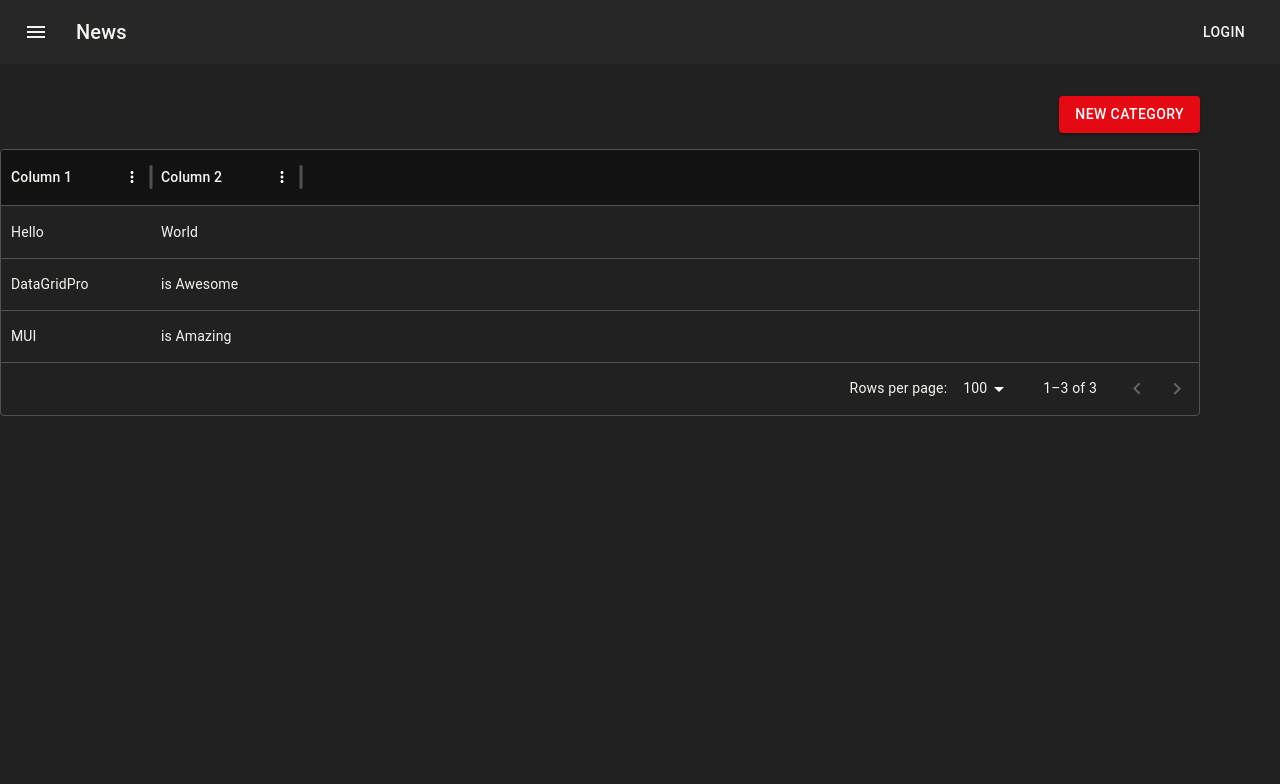
Repository: brunogyn88/codeflix-frontend
Page: /
The author's editor kept a copy of each file at every save. The page is drawn from the files as they stood at one save, then again after the next save.
The browser window is 1280 px wide. The pictures show the whole page.
The project was rebuilt for these pictures with package versions that can differ from the ones it lists, and the page was loaded fresh each time. The framework's server and built-in components were replaced by stand-ins that run in the browser. Also part of the build but not shown: next.config.mjs.

Above is the page before, as saved 2023-08-30 22:13:44.

### app/layout.tsx
"use client";
/* Components */
import { Providers } from "@/lib/providers";

/* Instruments */
import "./styles/globals.css";
import Header from "./components/Header";
import { Box, ThemeProvider } from "@mui/material";
import { appTheme } from "./config/theme";

export default function RootLayout(props: React.PropsWithChildren) {
  return (
    <ThemeProvider theme={appTheme}>
      <Providers>
        <html lang="en">
          <body>
            <Header />
            <Box
              component="main"
              sx={{
                height: "100vh",
                backgroundColor: (theme) => theme.palette.grey[900],
              }}
            >
              {props.children}
            </Box>
          </body>
        </html>
      </Providers>
    </ThemeProvider>
  );
}

### app/page.tsx
/* Components */
import CategoryList from "./categories/page";

export default function IndexPage() {
  return <CategoryList />;
}

### app/components/Header.tsx
import {
  AppBar,
  Box,
  Button,
  IconButton,
  Toolbar,
  Typography,
} from "@mui/material";
import MenuIcon from "@mui/icons-material/Menu";
import React from "react";

export default function Header() {
  return (
    <Box sx={{ flexGrow: 1 }}>
      <AppBar position="static">
        <Toolbar>
          <IconButton
            size="large"
            edge="start"
            color="inherit"
            aria-label="menu"
            sx={{ mr: 2 }}
          >
            <MenuIcon />
          </IconButton>
          <Typography variant="h6" component="div" sx={{ flexGrow: 1 }}>
            News
          </Typography>
          <Button color="inherit">Login</Button>
        </Toolbar>
      </AppBar>
    </Box>
  );
}

### app/config/theme.ts
import { createTheme } from "@mui/material/styles";

export const appTheme = createTheme({
  palette: {
    mode: "dark",
    primary: { main: "#f5f5f1" },
    secondary: { main: "#E50914" },
    text: { primary: "#f5f5f1" },
  },
});

### app/categories/page.tsx
"use client";
/* Components */
import { selectCategories, useSelector } from "@/lib/redux";
import { Box, Button, Link, Typography } from "@mui/material";
import { DataGrid, GridColDef, GridRowsProp } from "@mui/x-data-grid";

export default function CategoryList() {
  const categories = useSelector(selectCategories);

  const rows: GridRowsProp = [
    { id: 1, col1: "Hello", col2: "World" },
    { id: 2, col1: "DataGridPro", col2: "is Awesome" },
    { id: 3, col1: "MUI", col2: "is Amazing" },
  ];

  const columns: GridColDef[] = [
    { field: "col1", headerName: "Column 1", width: 150 },
    { field: "col2", headerName: "Column 2", width: 150 },
  ];

  return (
    <Box maxWidth="lg" sx={{ pt: 4, mb: 4 }}>
      <Box display="flex" justifyContent="flex-end">
        <Button
          variant="contained"
          color="secondary"
          to="/category/create"
          style={{ marginBottom: "1rem" }}
          component={Link}
        >
          New Category
        </Button>
      </Box>

      {/* {categories.map((category) => (
        <Typography key={category.id}>{category.name}</Typography>
      ))} */}

      <DataGrid rows={rows} columns={columns} />
    </Box>
  );
}

### lib/redux/rootReducer.ts
/* Instruments */
import { counterSlice } from "./slices/counterSlice";
import categoryReducer from "./slices/categorySlice/categorySlice";
export const reducer = {
  counter: counterSlice.reducer,
  categories: categoryReducer,
};

### lib/redux/slices/categorySlice/categorySlice.ts
import { createSlice } from "@reduxjs/toolkit";

interface Category {
  id: string;
  name: string;
  is_active: boolean;
  created_at: string;
  updated_at: string;
  deleted_at: null | string;
  description: null | string;
}

const category: Category = {
  id: "24287329874239- jhfds768-8979-89678743",
  name: "Category 1",
  description: "Description 1",
  is_active: true,
  deleted_at: null,
  created_at: "2021-01-01T00:00:00.000Z",
  updated_at: "2021-01-01T00:00:00.000Z",
};

export const initialState = [
  category,
  { ...category, id: "2428732dfd239-jhf65s768-8fd9-89678743", name: "Peach" },
  { ...category, id: "4428732dfd239-jhf65s768-8fd9-89678743", name: "Apple" },
  { ...category, id: "7428732dfd239-jhf65s768-8fd9-89678743", name: "Banana" },
];

const categorySlice = createSlice({
  name: "categories",
  initialState: initialState,
  reducers: {
    createCategory(state, action) {},
    updateCategory(state, action) {},
    deleteCategory(state, action) {},
  },
});

export default categorySlice.reducer;

### lib/redux/slices/counterSlice/selectors.ts
/* Instruments */
import type { ReduxState } from "@/lib/redux";

// The function below is called a selector and allows us to select a value from
// the state. Selectors can also be defined inline where they're used instead of
// in the slice file. For example: `useSelector((state: RootState) => state.counter.value)`
export const selectCount = (state: ReduxState) => state.counter.value;

export const selectCategories = (state: ReduxState) => state.categories;

Loaded but not shown: lib/providers.tsx (common file); app/styles/globals.css (common file); lib/redux/index.ts (common file); lib/redux/store.ts (common file); lib/redux/slices/index.ts (common file); lib/redux/middleware.ts (common file); lib/redux/slices/counterSlice/index.ts (common file); lib/redux/slices/counterSlice/counterSlice.ts (common file); lib/redux/slices/counterSlice/thunks.ts (common file); lib/redux/createAppAsyncThunk.ts (common file); lib/redux/slices/counterSlice/fetchIdentityCount.ts (common file)

After the next save:
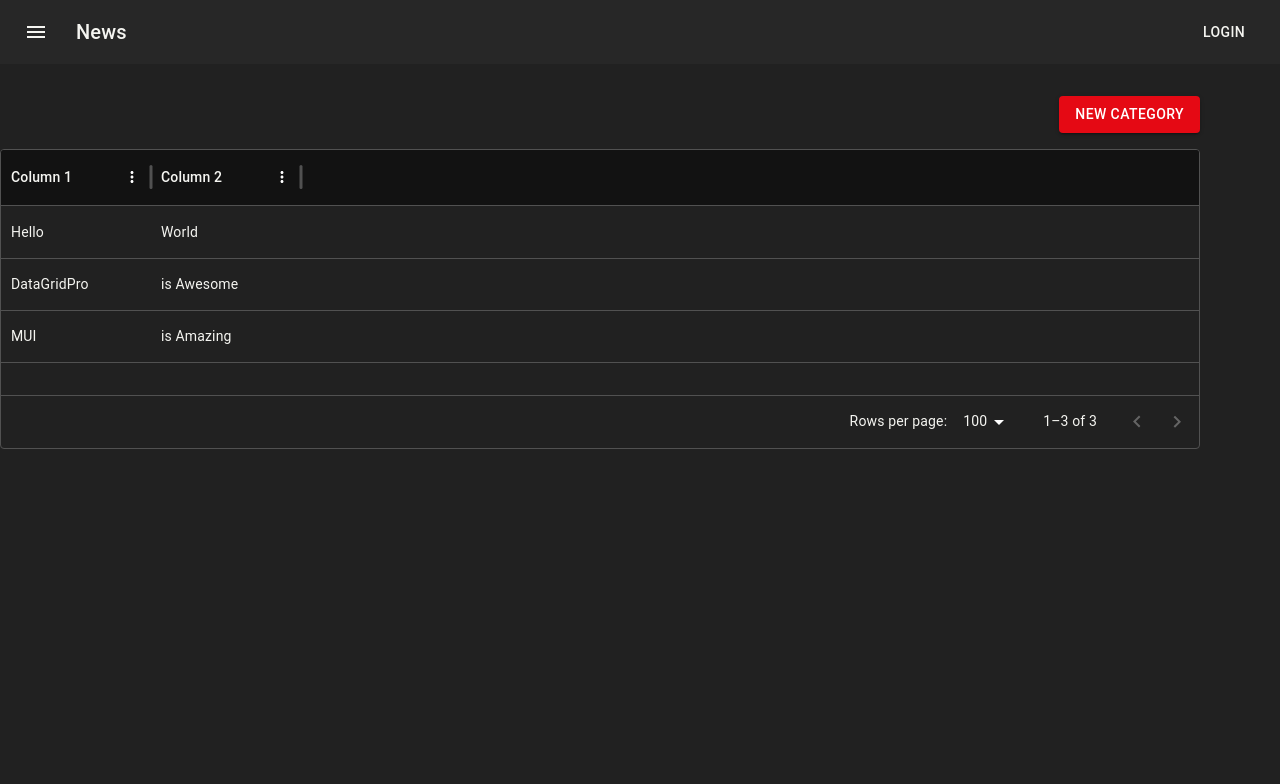
Saved 79 s later.
--- a/app/categories/page.tsx
+++ b/app/categories/page.tsx
@@ -35,8 +35,9 @@ export default function CategoryList() {
       {/* {categories.map((category) => (
         <Typography key={category.id}>{category.name}</Typography>
       ))} */}
-
-      <DataGrid rows={rows} columns={columns} />
+      <div style={{ height: 300, width: "100%" }}>
+        <DataGrid rows={rows} columns={columns} />
+      </div>
     </Box>
   );
 }
